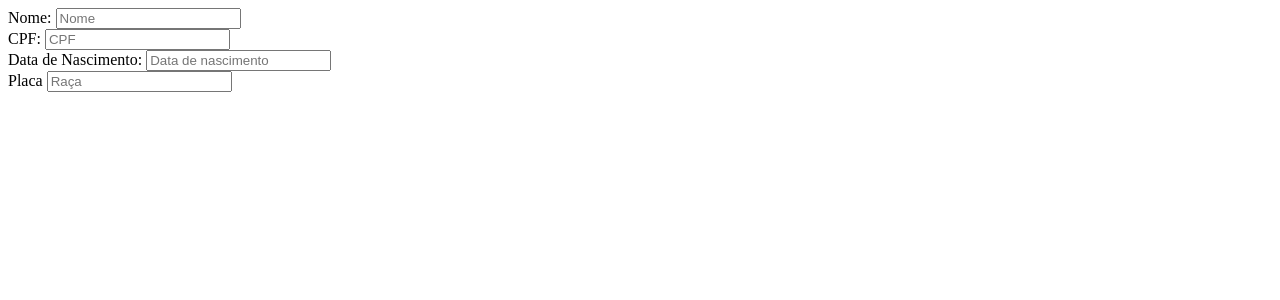
Repository: Najarin321/SiteJSP
Page: Java/FirstSite/WebContent/index.html
An editor plug-in stored every save of this project. The page is shown before and after the next save, followed by the edit.
The browser window is 1280 px wide. The pictures show the whole page.

Above is the page before, as saved 2020-01-10 23:42:20.

### Java/FirstSite/WebContent/index.html
<!DOCTYPE html>
<html>

<head>
	<meta charset="UTF-8">
	<title>Insert title here</title>
</head>

<body>
	<div>
		<div>
			<label>Nome:</label>
			<input type="text" placeholder="Nome"></input>
		</div>
		<div>
			<label>CPF:</label>
			<input type="text" placeholder="CPF"></input>
		</div>
		<div>
			<label>Data de Nascimento:</label>
			<input type="text" placeholder="Data de nascimento"></input>
		</div>
		<div>
			<label>Placa</label>
			<input type="text" placeholder="Raça"></input>
		</div>
	</div>
</body>

</html>

After the next save:
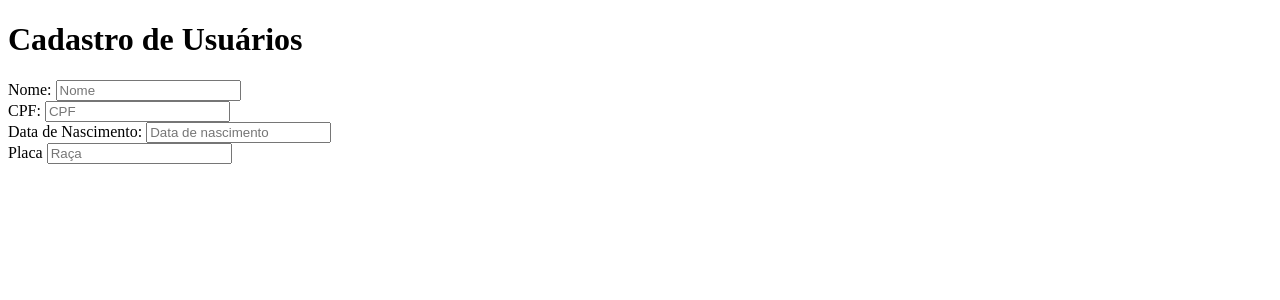
Saved 19 s later.
--- a/Java/FirstSite/WebContent/index.html
+++ b/Java/FirstSite/WebContent/index.html
@@ -7,6 +7,7 @@
 </head>
 
 <body>
+	<h1>Cadastro de Usuários</h1>
 	<div>
 		<div>
 			<label>Nome:</label>
